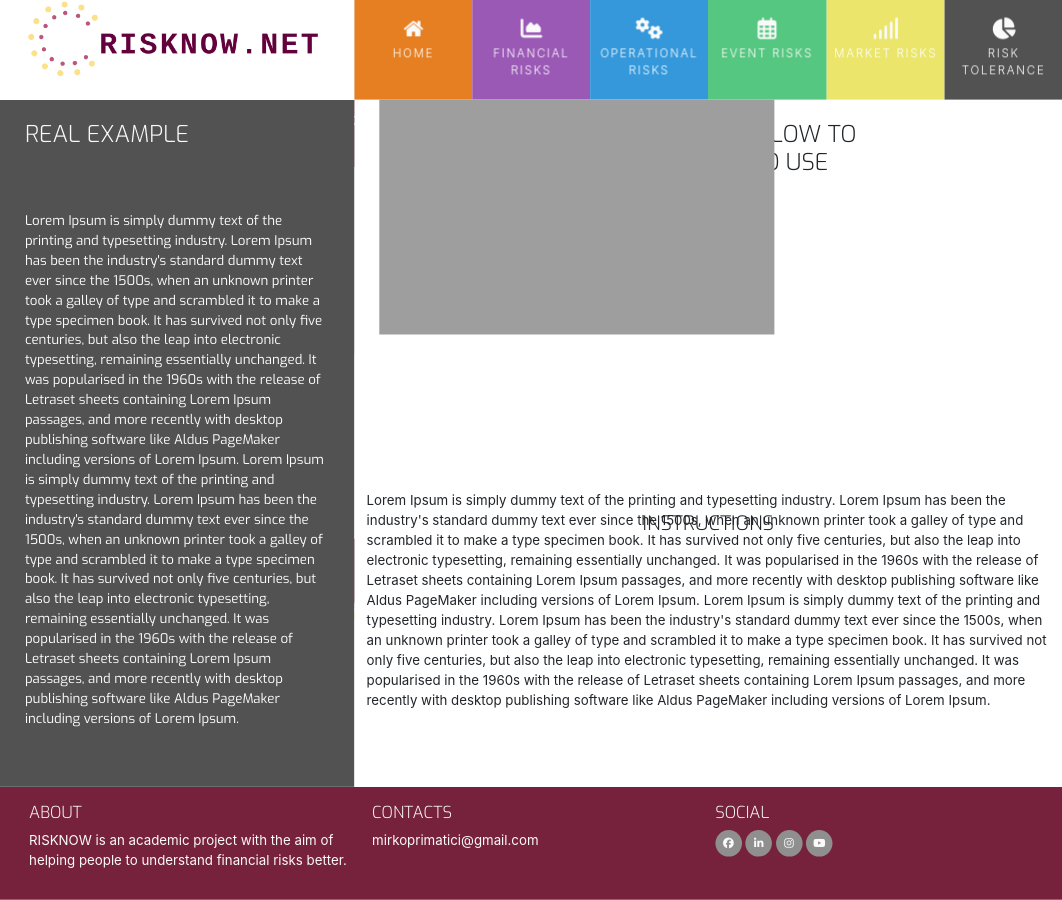
Repository: mirkoprimaticix/risknow.net
Page: index.html
The author's editor kept a record of every edit. The page is drawn from the files as they stood at one moment, then again after the next edit.
The browser window is 1280 px wide. The pictures show the whole page, at 83% of full size.
Pictures or frames that could not be fetched are drawn as grey boxes. Some web libraries are served in a nearby version.

Above is the page before.
Console error: TypeError: Cannot read properties of undefined (reading 'fn')

After the next edit:
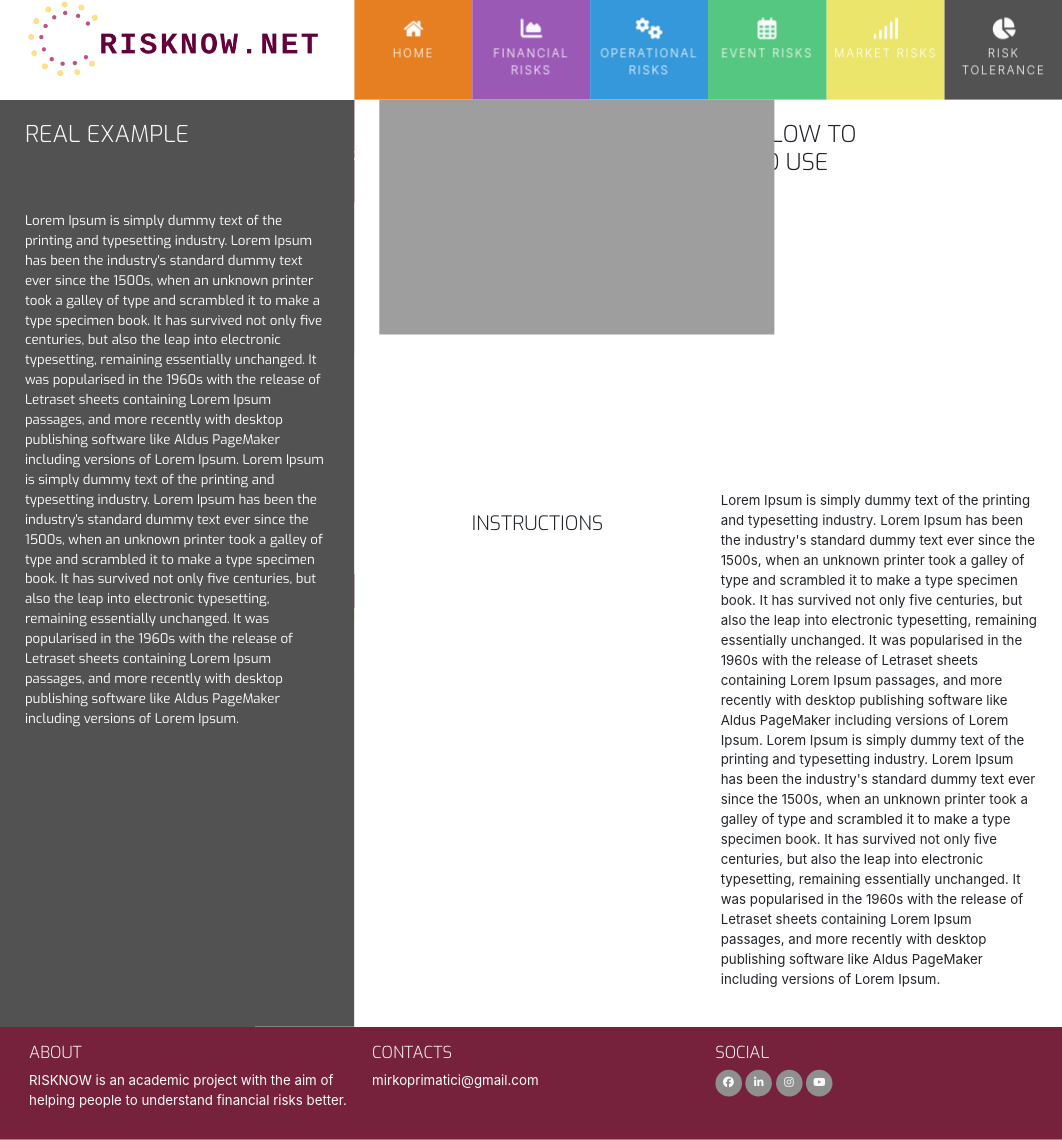
The edit:
--- a/index.html
+++ b/index.html
@@ -93,7 +93,7 @@
                         <h4 class="section-heading uppercase">Instructions</h3>
                     </div>
 
-                    <p>
+                    <div class="col">
                         Lorem Ipsum is simply dummy text of the printing and typesetting industry.
                         Lorem Ipsum has been the industry's standard dummy text ever since the 1500s, when an unknown
                         printer took a galley of type and scrambled it to make a type specimen book. It has survived not only five
